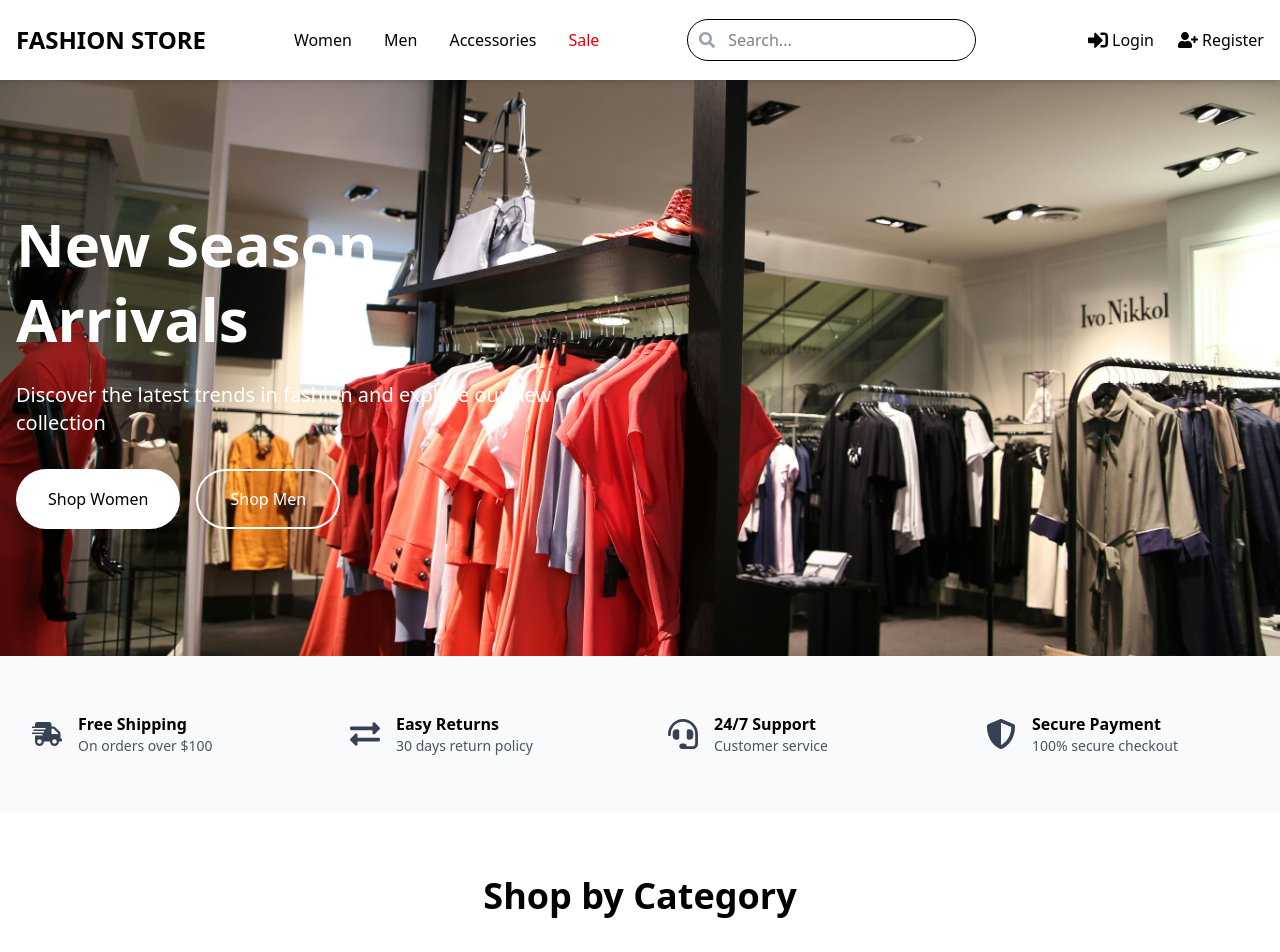
Repository: minhquang203/SHOPQUANAO
Page: / (app in frontend/)
These files come from the project's save history. The page is drawn as it stood at one moment and after the next save; the edit follows.
The browser window is 1280 px wide. The pictures show the part of the page from y = 0 to 952 px (the page is 2446 px tall).
The project was rebuilt for these pictures with package versions that can differ from the ones it lists, and the page was loaded fresh each time. Also part of the build but not shown: frontend/vite.config.js, frontend/src/components/AdminLayout.jsx, frontend/src/components/AdminRoute.jsx, frontend/src/pages/admin/Dashboard.jsx, frontend/src/pages/admin/Orders.jsx, frontend/src/pages/admin/Products.jsx, frontend/src/pages/admin/Users.jsx, frontend/src/pages/LoginPage.jsx and 1 more.

Above is the page before, as saved 2025-04-29 15:31:32.

### frontend/src/main.jsx
// main.jsx
import React from "react";
import ReactDOM from "react-dom/client";
import { Provider } from "react-redux";
import { PersistGate } from "redux-persist/integration/react";
import App from "./App";
import "./index.css";
import { persistor, store } from "./redux/store";

ReactDOM.createRoot(document.getElementById("root")).render(
  <Provider store={store}>
    <PersistGate loading={null} persistor={persistor}>
      <App />
    </PersistGate>
  </Provider>
);

### frontend/src/App.jsx
import React from "react";
import { Route, BrowserRouter as Router, Routes } from "react-router-dom";
import AdminLayout from "./components/AdminLayout";
import AdminRoute from "./components/AdminRoute";
import Navbar from "./components/Navbar";
import Dashboard from "./pages/admin/Dashboard";
import Orders from "./pages/admin/Orders";
import Products from "./pages/admin/Products";
import Users from "./pages/admin/Users";
import Homepage from "./pages/Homepage";
import Login from "./pages/LoginPage";
import Register from "./pages/RegisterPage";

function App() {
  return (
    <Router>
      <Navbar />
      <Routes>
        {/* Public Routes */}
        <Route path="/" element={<Homepage />} />
        <Route path="/login" element={<Login />} />
        <Route path="/register" element={<Register />} />

        {/* Admin Protected Routes */}
        <Route element={<AdminRoute />}>
          <Route path="/admin" element={<AdminLayout />}>
            <Route index element={<Dashboard />} />
            <Route path="dashboard" element={<Dashboard />} />
            <Route path="orders" element={<Orders />} />
            <Route path="products" element={<Products />} />
            <Route path="users" element={<Users />} />
          </Route>
        </Route>
      </Routes>
    </Router>
  );
}

export default App;

### frontend/src/index.css
@import "tailwindcss";




.group:hover .group-hover\:block{
    display: block;
}

### frontend/src/redux/store.js
// redux/store.js
import { configureStore } from '@reduxjs/toolkit';
import { combineReducers } from 'redux';
import { persistReducer, persistStore } from 'redux-persist';
import storage from 'redux-persist/lib/storage'; // lưu trên localStorage
import authReducer from './authSlice';

const persistConfig = {
  key: 'root',
  storage,
  whitelist: ['auth'], // chỉ persist auth
};

const rootReducer = combineReducers({
  auth: authReducer,
});

const persistedReducer = persistReducer(persistConfig, rootReducer);

export const store = configureStore({
  reducer: persistedReducer,
  middleware: (getDefaultMiddleware) =>
    getDefaultMiddleware({
      serializableCheck: false,
    }),
});

export const persistor = persistStore(store);

### frontend/src/components/Navbar.jsx
import React, { useState } from 'react';
import { FaHeart, FaSearch, FaShoppingCart, FaSignInAlt, FaUser, FaUserPlus } from 'react-icons/fa';
import { useDispatch, useSelector } from 'react-redux';
import { Link, useNavigate } from 'react-router-dom';
import { selectCurrentRole, selectCurrentUser, selectIsAuthenticated } from '../redux/authSelectors';
import { logout } from '../redux/authSlice';

function Navbar() {
  const dispatch = useDispatch();
  const navigate = useNavigate();
  const [isMenuOpen, setIsMenuOpen] = useState(false);
  const isAuthenticated = useSelector(selectIsAuthenticated);
  const user = useSelector(selectCurrentUser);
  const role = useSelector(selectCurrentRole);

  // Sử dụng selector đã memoize


  const handleLogout = () => {
    dispatch(logout());
    navigate('/login');
  };

  const AuthenticatedIcons = () => (
    <div className="flex items-center space-x-6">
      <button className="hover:text-gray-600 transition">
        <FaSearch className="h-5 w-5 md:hidden" />
      </button>
      <Link to="/wishlist" className="hover:text-gray-600 transition">
        <FaHeart className="h-5 w-5" />
      </Link>
      <Link to="/cart" className="relative hover:text-gray-600 transition">
        <FaShoppingCart className="h-5 w-5" />
        <span className="absolute -top-2 -right-2 bg-red-600 text-white text-xs rounded-full w-5 h-5 flex items-center justify-center">
          0
        </span>
      </Link>

      {/* Admin Dashboard Link - Only visible for admins */}
      {role === 'admin' && (
        <Link to="/admin/dashboard" className="hover:text-gray-600 transition">
          <span className="hidden md:inline">Admin</span>
        </Link>
      )}

      <div className="relative group">
        <button className="hover:text-black transition-transform hover:scale-105">
          <FaUser className="h-5 w-5" />
          <span className="hidden md:inline">{user?.username}</span>
        </button>
        <div className="absolute right-0 w-48 py-2 mt-2 bg-white rounded-md shadow-xl invisible group-hover:visible opacity-0 group-hover:opacity-100 transition-all duration-200 z-50">
          <Link
            to="/profile"
            className="block px-4 py-2 text-sm text-gray-700 hover:bg-gray-100"
          >
            Profile
          </Link>
          <Link
            to="/orders"
            className="block px-4 py-2 text-sm text-gray-700 hover:bg-gray-100"
          >
            Orders
          </Link>
          <button
            onClick={handleLogout}
            className="block w-full text-left px-4 py-2 text-sm text-gray-700 hover:bg-gray-100"
          >
            Sign Out
          </button>
        </div>
      </div>
    </div>
  );

  const NonAuthenticatedIcons = () => (
    <div className="flex items-center space-x-6">
      <button className="hover:text-gray-600 transition">
        <FaSearch className="h-5 w-5 md:hidden" />
      </button>
      <Link to="/login" className="hover:text-gray-600 transition flex items-center space-x-1">
        <FaSignInAlt className="h-5 w-5" />
        <span className="hidden md:inline">Login</span>
      </Link>
      <Link to="/register" className="hover:text-gray-600 transition flex items-center space-x-1">
        <FaUserPlus className="h-5 w-5" />
        <span className="hidden md:inline">Register</span>
      </Link>
    </div>
  );

  return (
    <nav className="bg-white shadow-md sticky top-0 z-50">
      <div className="container mx-auto px-4">
        <div className="flex items-center justify-between h-20">
          <Link to="/" className="text-2xl font-bold">FASHION STORE</Link>

          <div className="hidden md:flex items-center space-x-8">
            <Link to="/women" className="hover:text-gray-600 transition">Women</Link>
            <Link to="/men" className="hover:text-gray-600 transition">Men</Link>
            <Link to="/accessories" className="hover:text-gray-600 transition">Accessories</Link>
            <Link to="/sale" className="text-red-600 hover:text-red-700 transition">Sale</Link>
          </div>

          <div className="hidden md:flex items-center relative">
            <input
              type="text"
              placeholder="Search..."
              className="pl-10 pr-4 py-2 border rounded-full focus:outline-none focus:ring-2 focus:ring-black"
            />
            <FaSearch className="absolute left-3 text-gray-400" />
          </div>

          {user ? <AuthenticatedIcons /> : <NonAuthenticatedIcons />}

          <button
            className="md:hidden"
            onClick={() => setIsMenuOpen(!isMenuOpen)}
            aria-label="Toggle menu"
          >
            <svg className="w-6 h-6" fill="none" viewBox="0 0 24 24" stroke="currentColor">
              <path strokeLinecap="round" strokeLinejoin="round" strokeWidth={2} d="M4 6h16M4 12h16M4 18h16" />
            </svg>
          </button>
        </div>

        {isMenuOpen && (
          <div className="md:hidden py-4 border-t">
            <div className="flex flex-col space-y-4">
              <Link to="/women" className="hover:text-gray-600 transition px-4">Women</Link>
              <Link to="/men" className="hover:text-gray-600 transition px-4">Men</Link>
              <Link to="/accessories" className="hover:text-gray-600 transition px-4">Accessories</Link>
              <Link to="/sale" className="text-red-600 hover:text-red-700 transition px-4">Sale</Link>
              {role === 'admin' && (
                <Link to="/admin/dashboard" className="hover:text-gray-600 transition px-4">
                  Admin Dashboard
                </Link>
              )}
              <div className="relative px-4">
                <input
                  type="text"
                  placeholder="Search..."
                  className="w-full pl-10 pr-4 py-2 border rounded-full focus:outline-none focus:ring-2 focus:ring-black"
                />
                <FaSearch className="absolute left-7 top-3 text-gray-400" />
              </div>
            </div>
          </div>
        )}
      </div>
    </nav>
  );
}

export default Navbar;

### frontend/src/pages/Homepage.jsx
import React from "react";
import { FaExchangeAlt, FaHeadset, FaShieldAlt, FaShippingFast } from 'react-icons/fa';

function Homepage() {
  return (
    <div className="min-h-screen">
      {/* Hero Banner with Overlay */}
      <section className="relative h-[80vh]">
        <img
          src="/assets/banner.jpg"
          alt="Hero Banner"
          className="w-full h-full object-cover"
        />
        <div className="absolute inset-0  flex items-center">
          <div className="container mx-auto px-4">
            <div className="max-w-xl">
              <h1 className="text-6xl font-bold mb-6 text-white leading-tight">
                New Season Arrivals
              </h1>
              <p className="text-xl text-white mb-8">
                Discover the latest trends in fashion and explore our new collection
              </p>
              <div className="flex gap-4">
                <button className="bg-white text-black px-8 py-4 rounded-full hover:bg-gray-100 transition duration-300">
                  Shop Women
                </button>
                <button className="border-2 border-white text-white px-8 py-4 rounded-full hover:bg-white hover:text-black transition duration-300">
                  Shop Men
                </button>
              </div>
            </div>
          </div>
        </div>
      </section>

        {/* Services Section */}
      <section className="bg-gray-50 py-10">
        <div className="container mx-auto px-4">
          <div className="grid grid-cols-1 md:grid-cols-4 gap-6">
            <div className="flex items-center gap-4 p-4">
              <FaShippingFast className="text-3xl text-gray-700" />
              <div>
                <h3 className="font-semibold">Free Shipping</h3>
                <p className="text-sm text-gray-600">On orders over $100</p>
              </div>
            </div>
            <div className="flex items-center gap-4 p-4">
              <FaExchangeAlt className="text-3xl text-gray-700" />
              <div>
                <h3 className="font-semibold">Easy Returns</h3>
                <p className="text-sm text-gray-600">30 days return policy</p>
              </div>
            </div>
            <div className="flex items-center gap-4 p-4">
              <FaHeadset className="text-3xl text-gray-700" />
              <div>
                <h3 className="font-semibold">24/7 Support</h3>
                <p className="text-sm text-gray-600">Customer service</p>
              </div>
            </div>
            <div className="flex items-center gap-4 p-4">
              <FaShieldAlt className="text-3xl text-gray-700" />
              <div>
                <h3 className="font-semibold">Secure Payment</h3>
                <p className="text-sm text-gray-600">100% secure checkout</p>
              </div>
            </div>
          </div>
        </div>
      </section>

      {/* Categories */}
      <section className="py-16">
        <div className="container mx-auto px-4">
          <h2 className="text-4xl font-bold mb-12 text-center">Shop by Category</h2>
          <div className="grid grid-cols-1 md:grid-cols-3 gap-8">
            {['Women', 'Men', 'Accessories'].map((category) => (
              <div key={category} className="group relative overflow-hidden rounded-xl h-[400px]">
                <img
                  src={`/${category.toLowerCase()}.jpg`}
                  alt={category}
                  className="w-full h-full object-cover transition duration-500 group-hover:scale-110"
                />
                <div className="absolute inset-0 bg-gradient-to-t from-black/70 to-transparent flex flex-col justify-end p-8">
                  <h3 className="text-white text-2xl font-bold mb-3">{category}</h3>
                  <button className="bg-white text-black w-full py-3 rounded-full opacity-0 transform translate-y-4 group-hover:opacity-100 group-hover:translate-y-0 transition duration-300">
                    Shop Now
                  </button>
                </div>
              </div>
            ))}
          </div>
        </div>
      </section>

      {/* Featured Products */}
      <section className="bg-gray-50 py-16">
        <div className="container mx-auto px-4">
          <h2 className="text-4xl font-bold mb-12 text-center">Trending Now</h2>
          <div className="grid grid-cols-1 md:grid-cols-4 gap-6">
            {[1, 2, 3, 4].map((item) => (
              <div key={item} className="group bg-white rounded-xl overflow-hidden hover:shadow-xl transition duration-300">
                <div className="relative overflow-hidden">
                  <img
                    src={`/product${item}.jpg`}
                    alt={`Product ${item}`}
                    className="w-full h-[350px] object-cover group-hover:scale-105 transition duration-500"
                  />
                  <div className="absolute top-4 right-4">
                    <button className="bg-white p-2 rounded-full shadow-md hover:bg-gray-100">
                      <svg className="w-5 h-5" fill="none" stroke="currentColor" viewBox="0 0 24 24">
                        <path strokeLinecap="round" strokeLinejoin="round" strokeWidth="2" d="M4.318 6.318a4.5 4.5 0 000 6.364L12 20.364l7.682-7.682a4.5 4.5 0 00-6.364-6.364L12 7.636l-1.318-1.318a4.5 4.5 0 00-6.364 0z" />
                      </svg>
                    </button>
                  </div>
                </div>
                <div className="p-6">
                  <h3 className="font-semibold text-lg mb-2">Product Name</h3>
                  <div className="flex justify-between items-center">
                    <p className="text-gray-600">$99.99</p>
                    <button className="bg-black text-white px-6 py-2 rounded-full hover:bg-gray-800 transition duration-300">
                      Add to Cart
                    </button>
                  </div>
                </div>
              </div>
            ))}
          </div>
        </div>
      </section>

      {/* Newsletter */}
      <section className="py-20 bg-gradient-to-r from-gray-900 to-gray-800 text-white">
        <div className="container mx-auto px-4">
          <div className="text-center max-w-2xl mx-auto">
            <h2 className="text-4xl font-bold mb-6">Join Our Newsletter</h2>
            <p className="text-gray-300 mb-8">Subscribe to get special offers, free giveaways, and amazing deals.</p>
            <div className="flex gap-4 justify-center">
              <input
                type="email"
                placeholder="Enter your email"
                className="px-6 py-3 rounded-full w-full max-w-md text-black focus:outline-none focus:ring-2 focus:ring-white"
              />
              <button className="bg-white text-black px-8 py-3 rounded-full hover:bg-gray-100 transition duration-300">
                Subscribe
              </button>
            </div>
          </div>
        </div>
      </section>
    </div>
  );
}

export default Homepage;

### frontend/src/redux/authSlice.js
import { createSlice } from '@reduxjs/toolkit';

const initialState = {
  user: null,
  token: null,
  role: null,
};

const authSlice = createSlice({
  name: 'auth',
  initialState,
  reducers: {
    setCredentials: (state, action) => {
      state.user = action.payload.user;
      state.token = action.payload.token;
      state.role = action.payload.user.role; // Lưu role vào state
      state.isAuthenticated = true;

    },
    logout: (state) => {
      state.user = null;
      state.token = null;
      state.role = null;
      state.isAuthenticated = false;
    },
  },
});

export const { setCredentials, logout } = authSlice.actions;

export default authSlice.reducer;

### frontend/src/redux/authSelectors.js
// redux/authSelectors.js
export const selectCurrentUser = (state) => state.auth.user;
export const selectCurrentRole = (state) => state.auth.role;
export const selectIsAuthenticated = (state) => state.auth.isAuthenticated;
export const selectToken = (state) => state.auth.token;

Loaded but not shown: frontend/index.html (common file)

After the next save:
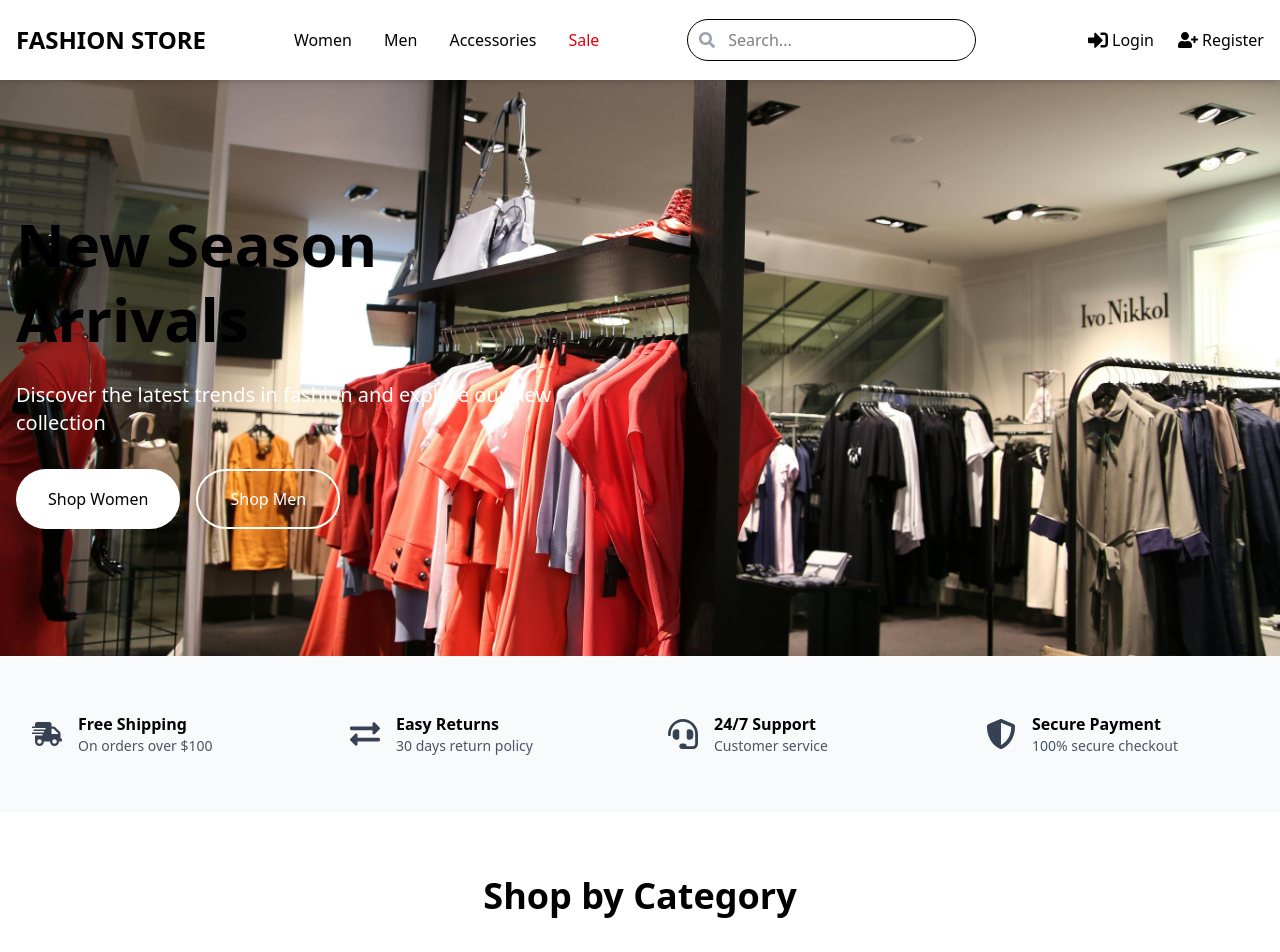
Saved 46 h 35 min later.
--- a/frontend/src/pages/Homepage.jsx
+++ b/frontend/src/pages/Homepage.jsx
@@ -14,7 +14,7 @@
         <div className="absolute inset-0  flex items-center">
           <div className="container mx-auto px-4">
             <div className="max-w-xl">
-              <h1 className="text-6xl font-bold mb-6 text-white leading-tight">
+              <h1 className="text-6xl font-bold mb-6 text-pink leading-tight">
                 New Season Arrivals
               </h1>
               <p className="text-xl text-white mb-8">

After the 2 saves that followed:
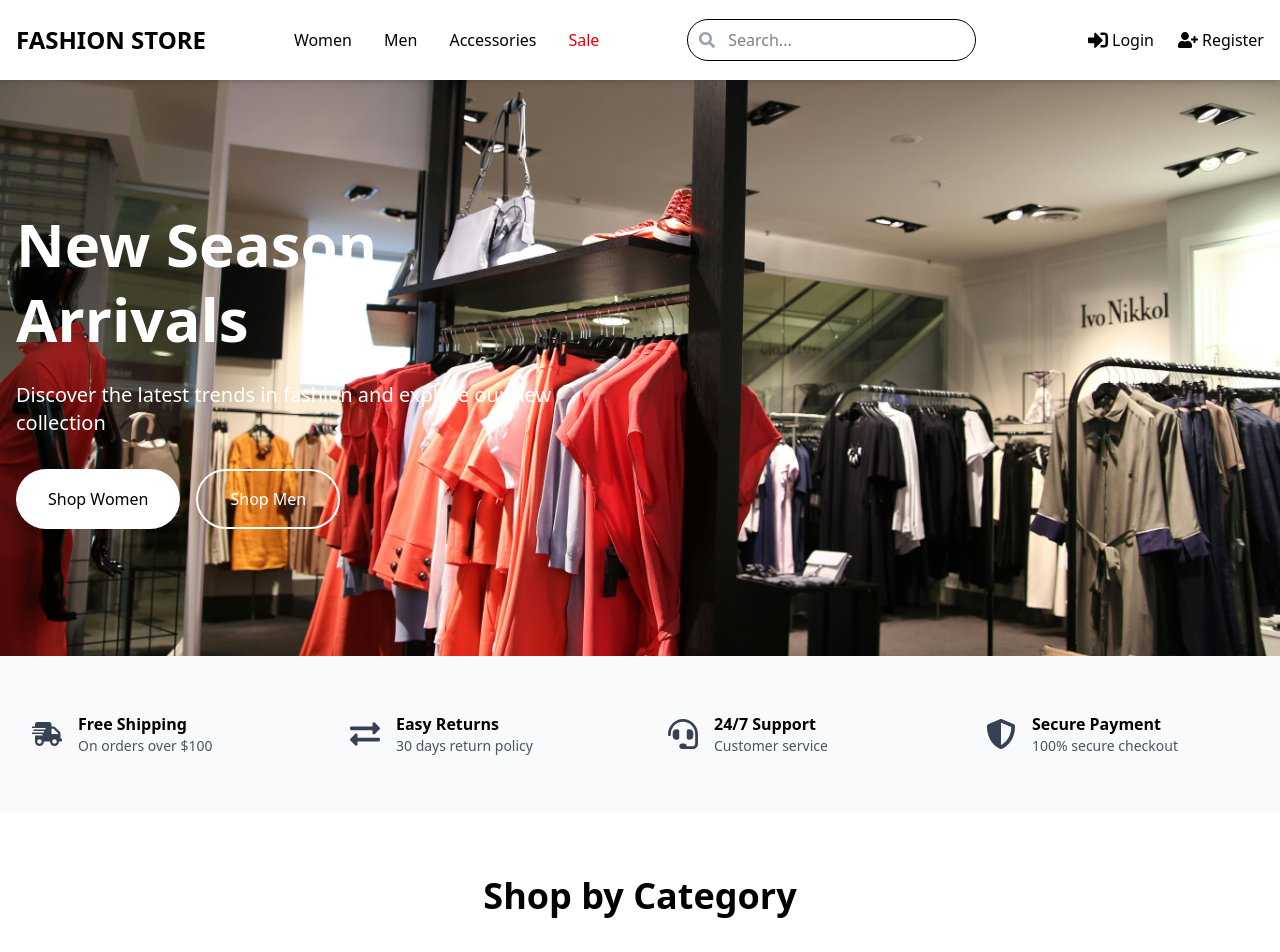
The 2 saves are shown as one change because 1 left the picture as it was.
The last was saved 39 s later.
--- a/frontend/src/pages/Homepage.jsx
+++ b/frontend/src/pages/Homepage.jsx
@@ -14,7 +14,7 @@
         <div className="absolute inset-0  flex items-center">
           <div className="container mx-auto px-4">
             <div className="max-w-xl">
-              <h1 className="text-6xl font-bold mb-6 text-pink leading-tight">
+              <h1 className="text-6xl font-bold mb-6 text-white leading-tight">
                 New Season Arrivals
               </h1>
               <p className="text-xl text-white mb-8">
